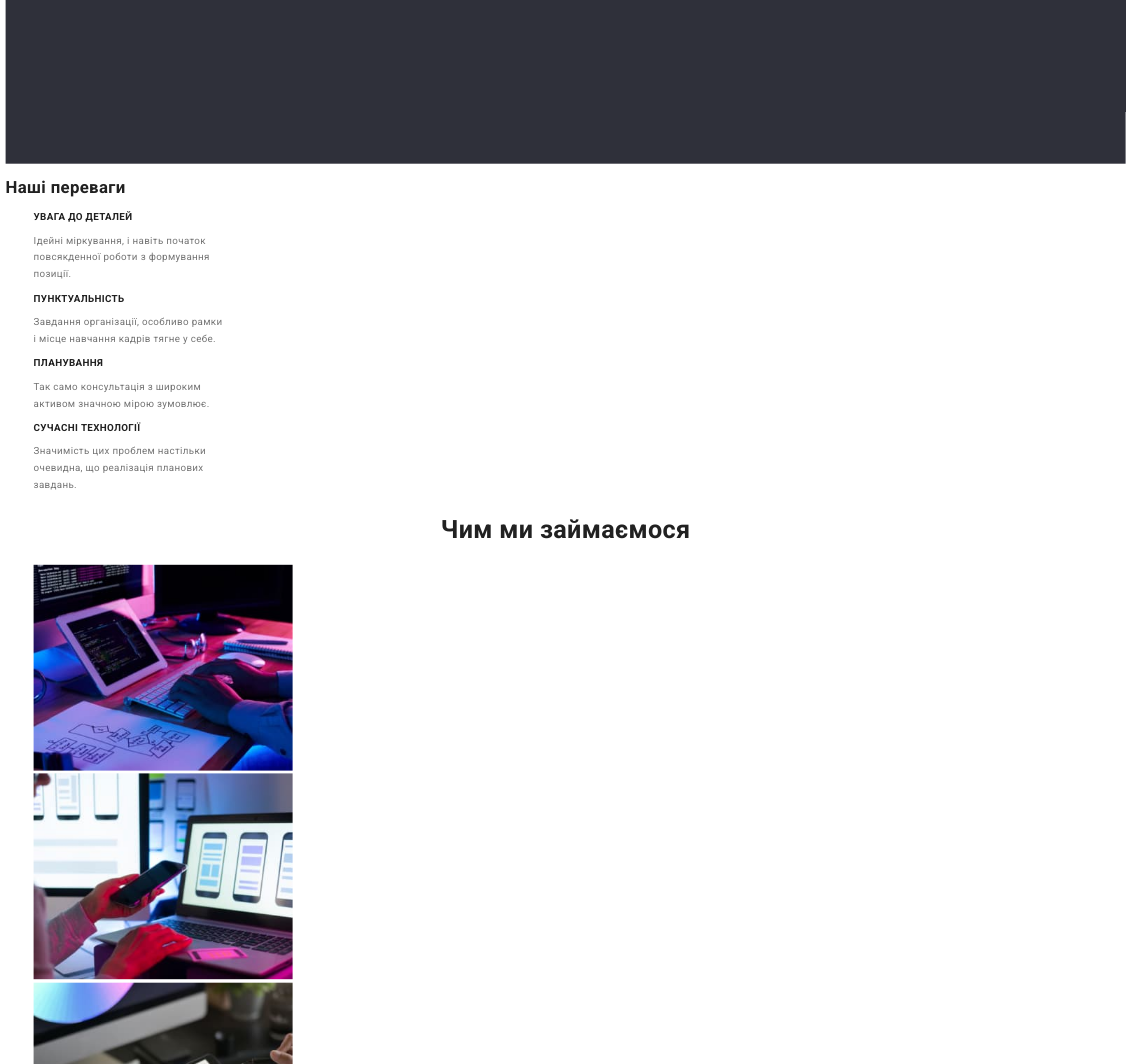
Repository: Mariia2811/goit-markup-hw-03
Page: index.html
An editor plug-in stored every save of this project. The page is shown before and after the next save, followed by the edit.
The browser window is 1280 px wide. The page is 1608 px wide, so the pictures cover 1608 px, including what lies to the right of the window. The pictures show the part of the page from y = 567 to 2087 px (the page is 4032 px tall before and 3980 px after), at 70% of full size.

Above is the page before, as saved 2022-11-25 16:33:15.

After the next save:
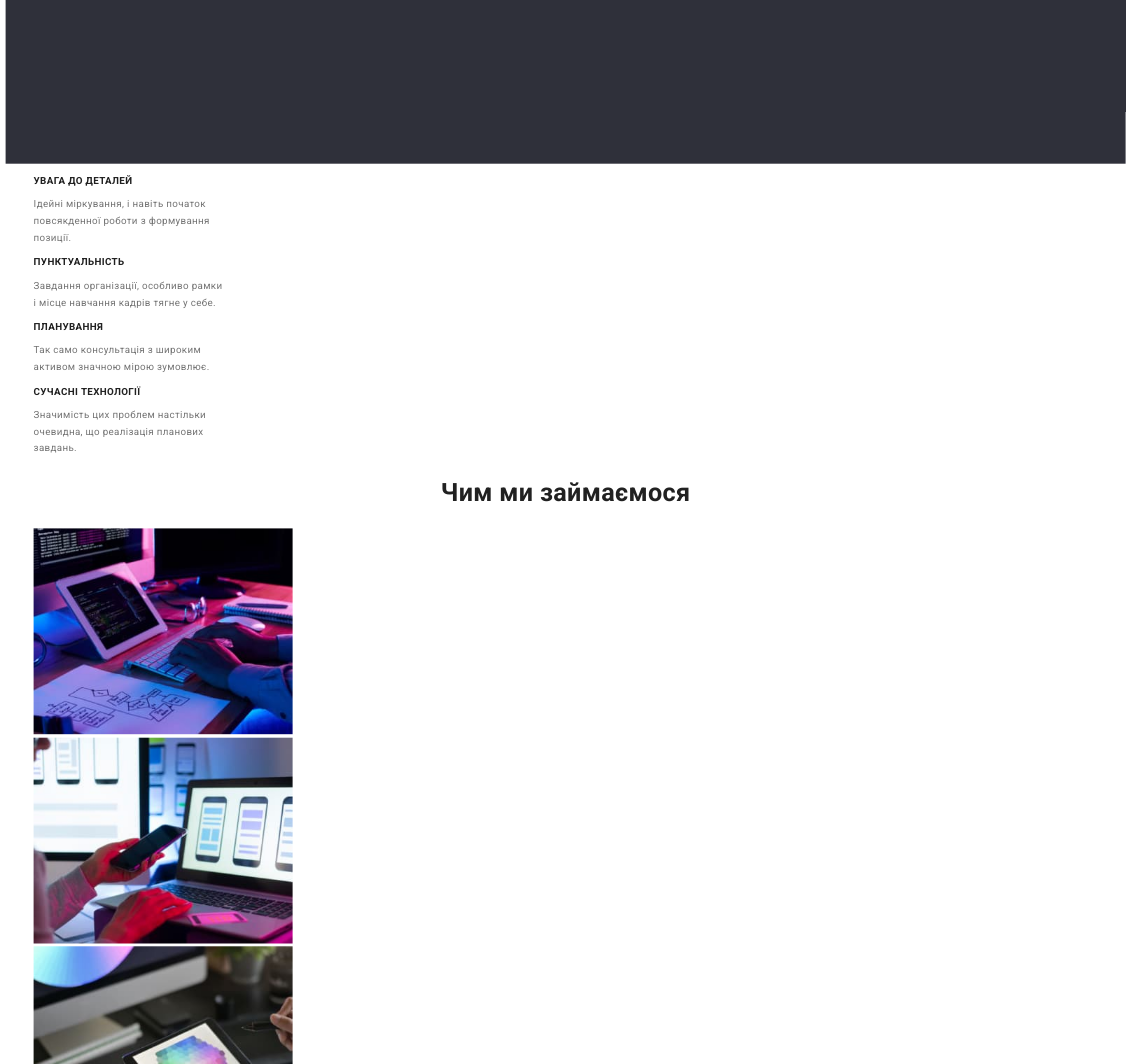
Saved 19 s later.
--- a/css/styles.css
+++ b/css/styles.css
@@ -39,8 +39,17 @@ body {
     color: var(--white-accent);
 }
 
-.visually-hidden{
-
+.visually-hidden {
+    position: absolute;
+    white-space: nowrap;
+    width: 1px;
+    height: 1px;
+    overflow: hidden;
+    border: 0;
+    padding: 0;
+    clip: rect(0 0 0 0);
+    clip-path: inset(50%);
+    margin: -1px;
 }
 
 .link {
